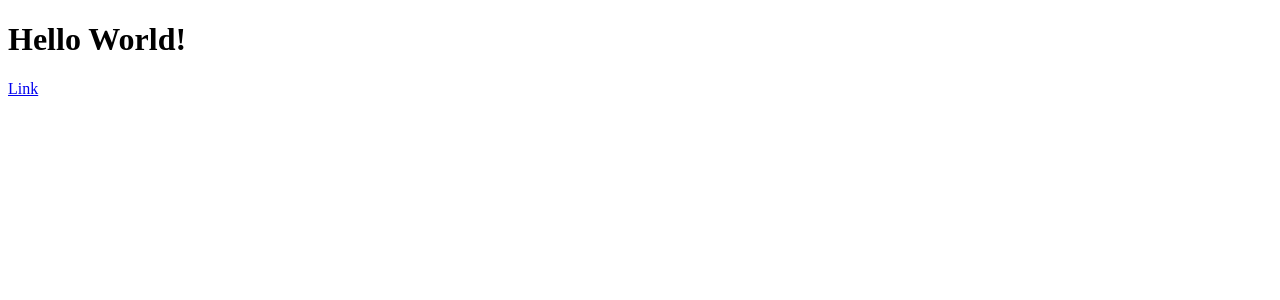
Repository: gustavofragadeveloper/Estudos-backend
Page: AULA6/aula-02-04/src/main/webapp/index.html
An editor plug-in stored every save of this project. The page is shown before and after the next save, followed by the edit.
The browser window is 1280 px wide. The pictures show the whole page.

Above is the page before, as saved 2024-04-02 23:52:17.

### AULA6/aula-02-04/src/main/webapp/index.html
<!DOCTYPE html>
<html>
<head>
<meta charset="UTF-8">
<title>Insert title here</title>
</head>
<body>
<h1>Hello World!</h1>
<a href="/aula-02-04/Aula?nome=Gustavo&idade=19">Link</a>
</body>
</html>

After the next save:
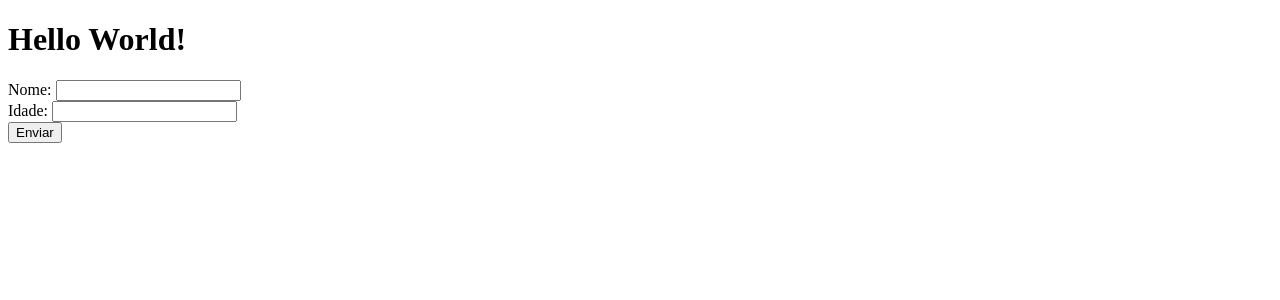
Saved 6 min 36 s later.
--- a/AULA6/aula-02-04/src/main/webapp/index.html
+++ b/AULA6/aula-02-04/src/main/webapp/index.html
@@ -6,6 +6,11 @@
 </head>
 <body>
 <h1>Hello World!</h1>
-<a href="/aula-02-04/Aula?nome=Gustavo&idade=19">Link</a>
+<form action="RecuperaDados" method="get">
+Nome: <input type="text" name="nome"><br>
+Idade: <input type="number" name="idade"><br>
+<input type="submit" value="Enviar">
+</form>
+
 </body>
 </html>
